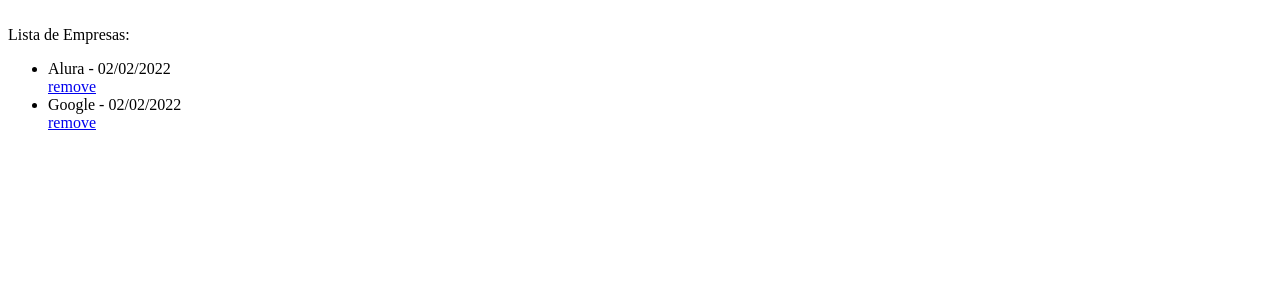
Repository: RafaelSK7/java_servlet_alura
Page: http://localhost/gerenciador/listaEmpresas
These files come from the project's save history. The page is drawn as it stood at one moment and after the next save; the edit follows.
The browser window is 1280 px wide. The pictures show the whole page.
The page is served by Tomcat 9.

Above is the page before, as saved 2022-05-20 18:27:13.

After the next save:
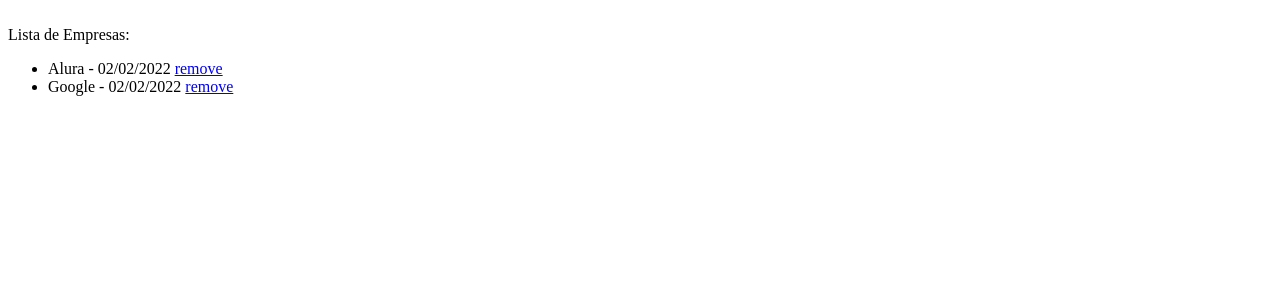
Saved 115 s later.
--- a/gerenciador/WebContent/listaEmpresas.jsp
+++ b/gerenciador/WebContent/listaEmpresas.jsp
@@ -13,8 +13,11 @@
 
 	<ul>
 		<c:forEach items="${empresas}" var="empresa">
-			<li> ${empresa.nome} - <fmt:formatDate value="${empresa.dataAbertura}" pattern="dd/MM/yyyy"/> </li>
+			<li>
+			${empresa.nome} - <fmt:formatDate value="${empresa.dataAbertura}" pattern="dd/MM/yyyy"/>
 			<a href="/gerenciador/removeEmpresa">remove</a>
+			</li>
+
 		</c:forEach>
 	</ul>
 
